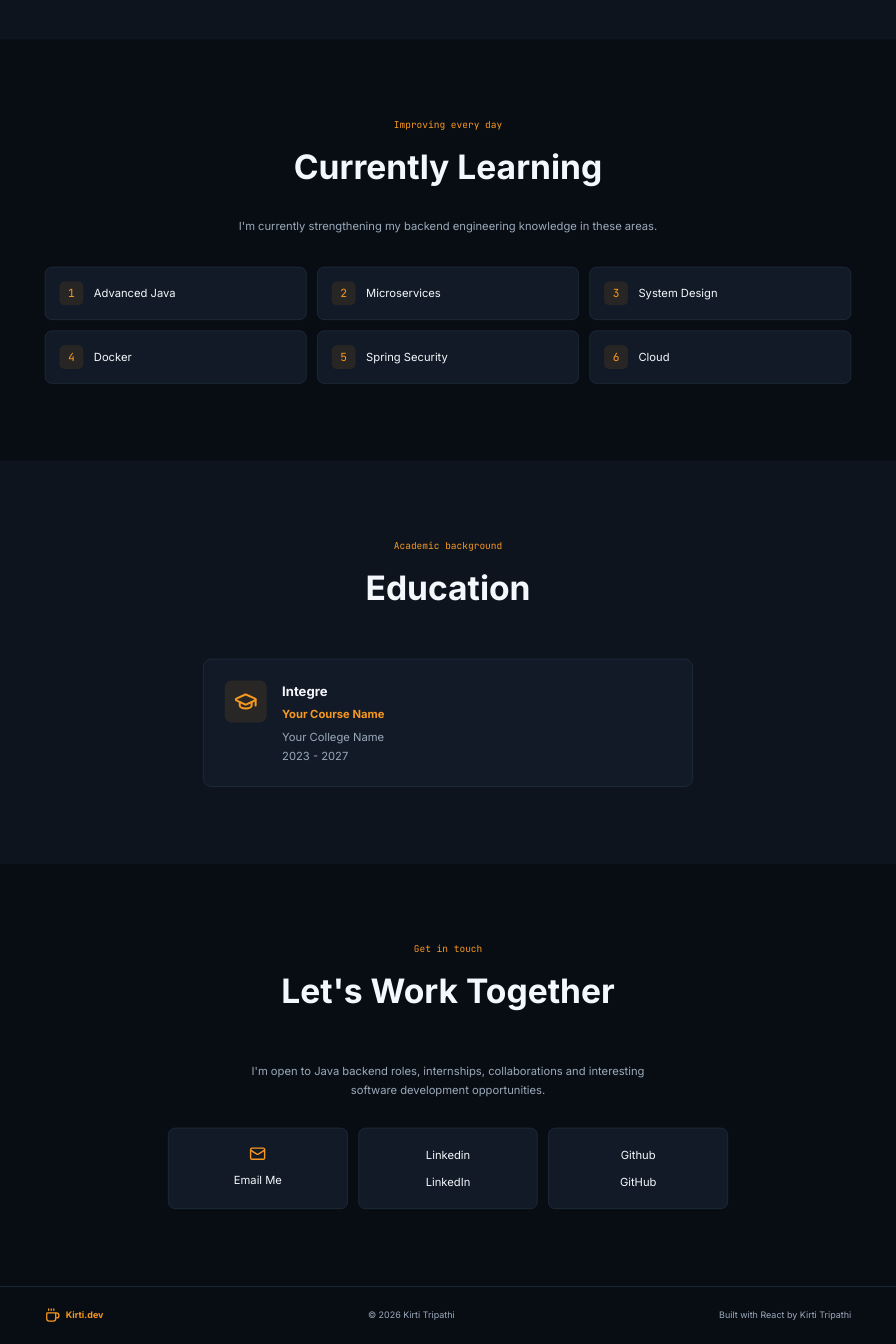
Repository: Rashi-Kirti06/En-Hi-Portfolio
Page: /
An editor plug-in stored every save of this project. The page is shown before and after the next save, followed by the edit.
The browser window is 1280 px wide. The pictures show the part of the page from y = 3073 to 4993 px (the page is 4993 px tall), at 70% of full size.
The project was rebuilt for these pictures with package versions that can differ from the ones it lists, and the page was loaded fresh each time. Also part of the build but not shown: vite.config.js.

Above is the page before, as saved 2026-09-06 16:28:17.

### index.html
<!doctype html>

<html lang="en">

<head>

  <meta charset="UTF-8" />

  <meta
    name="viewport"
    content="width=device-width, initial-scale=1.0"
  />

  <meta
    name="description"
    content="Kirti Tripathi - Java and Spring Boot Backend Developer portfolio."
  />

  <meta
    name="keywords"
    content="Java Developer, Spring Boot Developer, Backend Developer, Java Portfolio"
  />

  <meta name="author" content="Kirti Tripathi" />

  <title>
    Kirti Tripathi | Java Backend Developer
  </title>

</head>

<body>

  <div id="root"></div>

  <script
    type="module"
    src="/src/main.jsx"
  ></script>

</body>

</html>

### src/App.jsx
import { useState } from "react";

import Navbar from "./components/Navbar";
import Hero from "./components/Hero";
import About from "./components/About";
import Skills from "./components/Skills";
import Projects from "./components/Projects";
import Learning from "./components/Learning";
import Education from "./components/Education";
import Contact from "./components/Contact";
import Footer from "./components/Footer";

function App() {
  const [language, setLanguage] = useState("en");

  return (
    <>
      <Navbar language={language} setLanguage={setLanguage} />

      <main>
        <Hero language={language} />
        <About language={language} />
        <Skills language={language} />
        <Projects language={language} />
        <Learning language={language} />
        <Education language={language} />
        <Contact language={language} />
      </main>

      <Footer language={language} />
    </>
  );
}

export default App;

### src/components/Navbar.jsx
import { useState } from "react";
import { Menu, X, Coffee } from "lucide-react";
import { translations } from "../data/translations";

function Navbar({ language, setLanguage }) {
  const [menuOpen, setMenuOpen] = useState(false);

  const t = translations[language].navbar;

  const links = [
    ["home", t.home],
    ["about", t.about],
    ["skills", t.skills],
    ["projects", t.projects],
    ["education", t.education],
    ["contact", t.contact],
  ];

  const closeMenu = () => setMenuOpen(false);

  return (
    <header className="navbar">
      <div className="container nav-container">

        <a href="#home" className="logo" onClick={closeMenu}>
          <Coffee size={28} />
          <span>Kirti.dev</span>
        </a>

        <nav className={menuOpen ? "nav-links active" : "nav-links"}>
          {links.map(([id, label]) => (
            <a
              key={id}
              href={`#${id}`}
              onClick={closeMenu}
            >
              {label}
            </a>
          ))}

          <div className="language-mobile">
            <button
              className={language === "en" ? "lang-active" : ""}
              onClick={() => setLanguage("en")}
            >
              EN
            </button>

            <span>/</span>

            <button
              className={language === "hi" ? "lang-active" : ""}
              onClick={() => setLanguage("hi")}
            >
              हिंदी
            </button>
          </div>
        </nav>

        <div className="nav-actions">
          <div className="language-switcher">
            <button
              className={language === "en" ? "lang-active" : ""}
              onClick={() => setLanguage("en")}
            >
              EN
            </button>

            <span>/</span>

            <button
              className={language === "hi" ? "lang-active" : ""}
              onClick={() => setLanguage("hi")}
            >
              हिंदी
            </button>
          </div>

          <button
            className="mobile-menu"
            onClick={() => setMenuOpen(!menuOpen)}
            aria-label="Toggle navigation"
          >
            {menuOpen ? <X /> : <Menu />}
          </button>
        </div>

      </div>
    </header>
  );
}

export default Navbar;

### src/components/About.jsx
import { motion } from "framer-motion";
import { Code2, Database, Server } from "lucide-react";
import SectionTitle from "./SectionTitle";
import { translations } from "../data/translations";

function About({ language }) {
  const t = translations[language].about;

  return (
    <section id="about" className="section alt-section">
      <div className="container">

        <SectionTitle
          subtitle={t.subtitle}
          title={t.title}
        />

        <div className="about-grid">

          <motion.div
            className="about-text"
            initial={{ opacity: 0, y: 30 }}
            whileInView={{ opacity: 1, y: 0 }}
            viewport={{ once: true }}
          >
            <p>{t.text1}</p>
            <p>{t.text2}</p>
            <p>{t.text3}</p>
          </motion.div>

          <div className="about-cards">

            <div className="mini-card">
              <Server />
              <h3>Frontend</h3>
              <p>HTML/CSS, React JS</p>
            </div>

            <div className="mini-card">
              <Code2 />
              <h3>Backend</h3>
              <p>Java & Spring Boot</p>
            </div>

            <div className="mini-card">
              <Database />
              <h3>Database</h3>
              <p>MySQL & MongoDB</p>
            </div>


          </div>

        </div>

      </div>
    </section>
  );
}

export default About;

### src/components/Skills.jsx
import { motion } from "framer-motion";
import SectionTitle from "./SectionTitle";
import { translations } from "../data/translations";

const skillGroups = [
  {
    title: "Backend",
    skills: [
      "Java",
      "Spring Boot",
      "Spring MVC",
      "Spring Data JPA",
      "Hibernate",
      "REST APIs",
    ],
  },
  {
    title: "Database & Messaging",
    skills: [
      "MySQL",
      "SQL",
      "MongoDB",
    ],
  },
  {
    title: "Tools",
    skills: [
      "Git",
      "GitHub",
      "Azure",
      "VS Code",
      "JIRA",
      "AWS",
      "Maven",
      "Postman",
      "IntelliJ IDEA",
    ],
  },
  {
    title: "Core Concepts",
    skills: [
      "Object-Oriented Programming(OOP)",
      "Data Structure and Algorithm(DSA",
      "Software Development LifeCycle(SDLC)",
      "Agile Methodology",
      "Design Patterns",
      "Database Management System",
    ],
  },
];


function Skills({ language }) {
  const t = translations[language].skills;

  return (
    <section id="skills" className="section">
      <div className="container">

        <SectionTitle
          subtitle={t.subtitle}
          title={t.title}
        />

        <div className="skills-grid">

          {skillGroups.map((group, index) => (
            <motion.div
              className="skill-card"
              key={group.title}
              initial={{ opacity: 0, y: 30 }}
              whileInView={{ opacity: 1, y: 0 }}
              viewport={{ once: true }}
              transition={{ delay: index * 0.1 }}
            >
              <h3>{group.title}</h3>

              <div className="skill-tags">
                {group.skills.map((skill) => (
                  <span key={skill}>
                    {skill}
                  </span>
                ))}
              </div>

            </motion.div>
          ))}

        </div>

      </div>
    </section>
  );
}

export default Skills;

### src/components/Projects.jsx
import { motion } from "framer-motion";
import { ArrowUpRight } from "lucide-react";

import SectionTitle from "./SectionTitle";
import { translations } from "../data/translations";

const projects = [
  {
    title: "Ticket Booking System",

    descriptionEn:
      "Backend ticket booking application built using Spring Boot with MySQL persistence, Redis caching and Kafka-based event communication.",

    descriptionHi:
      "Spring Boot से बनाया गया backend ticket booking application जिसमें MySQL persistence, Redis caching और Kafka event communication का उपयोग किया गया है।",

    technologies: [
      "Java",
      "Spring Boot",
      "MySQL",
      "Redis",
      "Kafka",
      "REST API",
    ],

    github:
      "https://github.com/YOUR_USERNAME/ticket-booking-system",

    live: "#",
  },

  {
    title: "Employee Management API",

    descriptionEn:
      "RESTful employee management backend with CRUD operations, validation, exception handling and MySQL database integration.",

    descriptionHi:
      "CRUD operations, validation, exception handling और MySQL integration के साथ बनाया गया RESTful employee management backend।",

    technologies: [
      "Java",
      "Spring Boot",
      "JPA",
      "Hibernate",
      "MySQL",
    ],

    github:
      "https://github.com/YOUR_USERNAME/employee-management",

    live: "#",
  },

  {
    title: "E-Commerce Backend",

    descriptionEn:
      "Backend API architecture for products, users, orders and authentication designed using Spring Boot.",

    descriptionHi:
      "Spring Boot का उपयोग करके products, users, orders और authentication के लिए बनाया गया backend architecture।",

    technologies: [
      "Java",
      "Spring Boot",
      "REST API",
      "MySQL",
      "JWT",
    ],

    github: "#",
    live: "#",
  },
];

function Projects({ language }) {
  const t = translations[language].projects;

  return (
    <section
      id="projects"
      className="section alt-section"
    >
      <div className="container">

        <SectionTitle
          subtitle={t.subtitle}
          title={t.title}
        />

        <div className="projects-grid">

          {projects.map((project, index) => (

            <motion.article
              className="project-card"
              key={project.title}
              initial={{ opacity: 0, y: 40 }}
              whileInView={{
                opacity: 1,
                y: 0,
              }}
              viewport={{ once: true }}
              transition={{
                delay: index * 0.12,
              }}
            >

              <div className="project-number">
                0{index + 1}
              </div>

              <h3>{project.title}</h3>

              <p>
                {language === "en"
                  ? project.descriptionEn
                  : project.descriptionHi}
              </p>

              <div className="project-tech">
                {project.technologies.map(
                  (technology) => (
                    <span key={technology}>
                      {technology}
                    </span>
                  )
                )}
              </div>

              <div className="project-actions">

                {/* <a
                  href={project.github}
                  target="_blank"
                  rel="noreferrer"
                >
                  <Github size={18} />
                  {t.code}
                </a> */}

                <a
                  href={project.live}
                  target="_blank"
                  rel="noreferrer"
                >
                  <ArrowUpRight size={18} />
                  {t.details}
                </a>

              </div>

            </motion.article>

          ))}

        </div>

      </div>
    </section>
  );
}

export default Projects;

### src/components/Learning.jsx
import { motion } from "framer-motion";
import SectionTitle from "./SectionTitle";
import { translations } from "../data/translations";

const technologies = [
  "Advanced Java",
  "Microservices",
  "System Design",
  "Docker",
  "Spring Security",
  "Cloud",
];

function Learning({ language }) {
  const t = translations[language].learning;

  return (
    <section className="section">
      <div className="container">

        <SectionTitle
          subtitle={t.subtitle}
          title={t.title}
        />

        <p className="learning-description">
          {t.description}
        </p>

        <div className="learning-grid">

          {technologies.map((technology, index) => (

            <motion.div
              className="learning-card"
              key={technology}
              initial={{
                opacity: 0,
                scale: 0.9,
              }}
              whileInView={{
                opacity: 1,
                scale: 1,
              }}
              viewport={{ once: true }}
              transition={{
                delay: index * 0.08,
              }}
            >
              <span>{index + 1}</span>
              {technology}
            </motion.div>

          ))}

        </div>

      </div>
    </section>
  );
}

export default Learning;

### src/components/Education.jsx
import { GraduationCap } from "lucide-react";
import SectionTitle from "./SectionTitle";
import { translations } from "../data/translations";

function Education({ language }) {
  const t = translations[language].education;

  return (
    <section
      id="education"
      className="section alt-section"
    >
      <div className="container">

        <SectionTitle
          subtitle={t.subtitle}
          title={t.title}
        />

        <div className="education-card">

          <div className="education-icon">
            <GraduationCap size={34} />
          </div>

          <div>
            <h3>{t.degree}</h3>

            <h4>{t.course}</h4>

            <p>{t.college}</p>

            <span>{t.year}</span>
          </div>

        </div>

      </div>
    </section>
  );
}

export default Education;

### src/components/Contact.jsx
import {
  Mail,
} from "lucide-react";

import SectionTitle from "./SectionTitle";
import { translations } from "../data/translations";

function Contact({ language }) {
  const t = translations[language].contact;

  return (
    <section id="contact" className="section">
      <div className="container">

        <SectionTitle
          subtitle={t.subtitle}
          title={t.title}
        />

        <div className="contact-box">

          <p>{t.description}</p>

          <div className="contact-links">

            <a
              href="mailto:your-email@example.com"
              className="contact-card"
            >
              <Mail />
              <span>{t.email}</span>
            </a>

            <a
              href="https://linkedin.com/in/YOUR_USERNAME"
              target="_blank"
              rel="noreferrer"
              className="contact-card"
            >
              Linkedin
              <span>{t.linkedin}</span>
            </a>

            <a
              href="https://github.com/YOUR_USERNAME"
              target="_blank"
              rel="noreferrer"
              className="contact-card"
            >
              Github
              <span>{t.github}</span>
            </a>

          </div>

        </div>

      </div>
    </section>
  );
}

export default Contact;

### src/components/Footer.jsx
import { Coffee } from "lucide-react";
import { translations } from "../data/translations";

function Footer({ language }) {
  const t = translations[language].footer;

  return (
    <footer className="footer">
      <div className="container footer-content">

        <div className="footer-logo">
          <Coffee size={22} />
          Kirti.dev
        </div>

        <p>
          © {new Date().getFullYear()} Kirti Tripathi
        </p>

        <p>{t.text}</p>

      </div>
    </footer>
  );
}

export default Footer;

### src/data/translations.jsx
export const translations = {
  en: {
    navbar: {
      home: "Home",
      about: "About",
      skills: "Skills",
      projects: "Projects",
      education: "Education",
      contact: "Contact",
    },

    hero: {
      greeting: "Hi, I'm",
      name: "Kirti Tripathi",
      role: "Software Engineer & Developer",
      description: "I build scalable and user-friendly web applications using React.js, HTML, CSS, JavaScript, Java, Spring Boot, MySQL, and MongoDB, following modern software engineering practices.",
      projectsButton: "View Projects",
      resumeButton: "Download Resume",
    //   available: "Open to Java Backend Opportunities",
    },

    about: {
      title: "About Me",
      subtitle: "Get to know me",
      text1:
      "I'm a Software Engineering student and Full-Stack Web Developer focused on building practical, scalable, and user-friendly applications using React.js, Java, Spring Boot, MySQL, and MongoDB.",
      text2:
        "I enjoy developing responsive web interfaces, designing REST APIs, working with databases, and understanding how reliable software systems are built.",
      text3:
        "I'm also exploring Machine Learning and AI, while continuously strengthening my skills in Java, DSA, Software Engineering, Web Development, and System Design through practical projects.",
    },

    skills: {
      title: "Technical Skills",
      subtitle: "Technologies I work with",
    },

    projects: {
      title: "Featured Projects",
      subtitle: "Some applications created by me",
      code: "Source Code",
      details: "View Details",
    },

    learning: {
      title: "Currently Learning",
      subtitle: "Improving every day",
      description:
        "I'm currently strengthening my backend engineering knowledge in these areas.",
    },

    education: {
      title: "Education",
      subtitle: "Academic background",
      degree: "Integre",
      college: "Your College Name",
      course: "Your Course Name",
      year: "2023 - 2027",
    },

    contact: {
      title: "Let's Work Together",
      subtitle: "Get in touch",
      description:
        "I'm open to Java backend roles, internships, collaborations and interesting software development opportunities.",
      email: "Email Me",
      linkedin: "LinkedIn",
      github: "GitHub",
    },

    footer: {
      text: "Built with React by Kirti Tripathi",
    },
  },

  hi: {
    navbar: {
      home: "होम",
      about: "मेरे बारे में",
      skills: "स्किल्स",
      projects: "प्रोजेक्ट्स",
      education: "शिक्षा",
      contact: "संपर्क",
    },

    hero: {
      greeting: "नमस्ते, मैं",
      name: "कीर्ति त्रिपाठी",
      role: "Software Engineer & Developer",
      description:
        "मैं React.js, HTML, CSS, JavaScript, Java, Spring Boot, MySQL और MongoDB का उपयोग करके Scalable और user-friendly Web Applications बनाती हूँ, और आधुनिक Software Engineering practices को अपनाती हूँ।",
      projectsButton: "मेरे प्रोजेक्ट्स देखें",
      resumeButton: "Resume डाउनलोड करें",
    //   available: "Java Backend Opportunities के लिए उपलब्ध",
    },

    about: {
      title: "मेरे बारे में",
      subtitle: "मुझे जानिए",
      text1:
        "मैं एक Software Engineering की छात्रा और Full-Stack Web Developer हूँ, जो React.js, Java, Spring Boot, MySQL और MongoDB का उपयोग करके practical, scalable और user-friendly applications बनाने पर ध्यान देती हूँ।",
      text2:
        "मुझे responsive web interfaces develop करना, REST APIs design करना, databases के साथ काम करना और reliable software systems को समझना पसंद है।",
      text3:
        "मैं Machine Learning और AI भी explore कर रही हूँ और practical projects के माध्यम से Java, DSA, Software Engineering, Web Development और System Design में लगातार अपनी skills को मजबूत कर रही हूँ।",
    },

    skills: {
      title: "तकनीकी कौशल",
      subtitle: "Technologies जिनके साथ मैं काम करता हूँ",
    },

    projects: {
      title: "मुख्य प्रोजेक्ट्स",
      subtitle: "मेरे द्वारा बनाए गए कुछ applications",
      code: "Source Code",
      details: "पूरी जानकारी",
    },

    learning: {
      title: "अभी क्या सीख रहा हूँ",
      subtitle: "लगातार अपनी skills बेहतर कर रहा हूँ",
      description:
        "वर्तमान में मैं backend engineering के इन क्षेत्रों में अपनी knowledge मजबूत कर रहा हूँ।",
    },

    education: {
      title: "शिक्षा",
      subtitle: "मेरी academic background",
      degree: "स्नातक डिग्री",
      college: "आपके कॉलेज का नाम",
      course: "आपके कोर्स का नाम",
      year: "2023 - 2027",
    },

    contact: {
      title: "आइए साथ काम करें",
      subtitle: "मुझसे संपर्क करें",
      description:
        "मैं Java backend jobs, internships, collaborations और software development opportunities के लिए उपलब्ध हूँ।",
      email: "ईमेल करें",
      linkedin: "LinkedIn",
      github: "GitHub",
    },

    footer: {
      text: "React के साथ Kirti Tripathi द्वारा बनाया गया",
    },
  },
};

### src/components/SectionTitle.jsx
function SectionTitle({ subtitle, title }) {
  return (
    <div className="section-heading">
      <p>{subtitle}</p>
      <h2>{title}</h2>
    </div>
  );
}

export default SectionTitle;

Loaded but not shown: src/main.jsx (common file); src/index.css (1274 lines, source omitted); src/components/Hero.jsx (169 lines, source omitted)

After the next save:
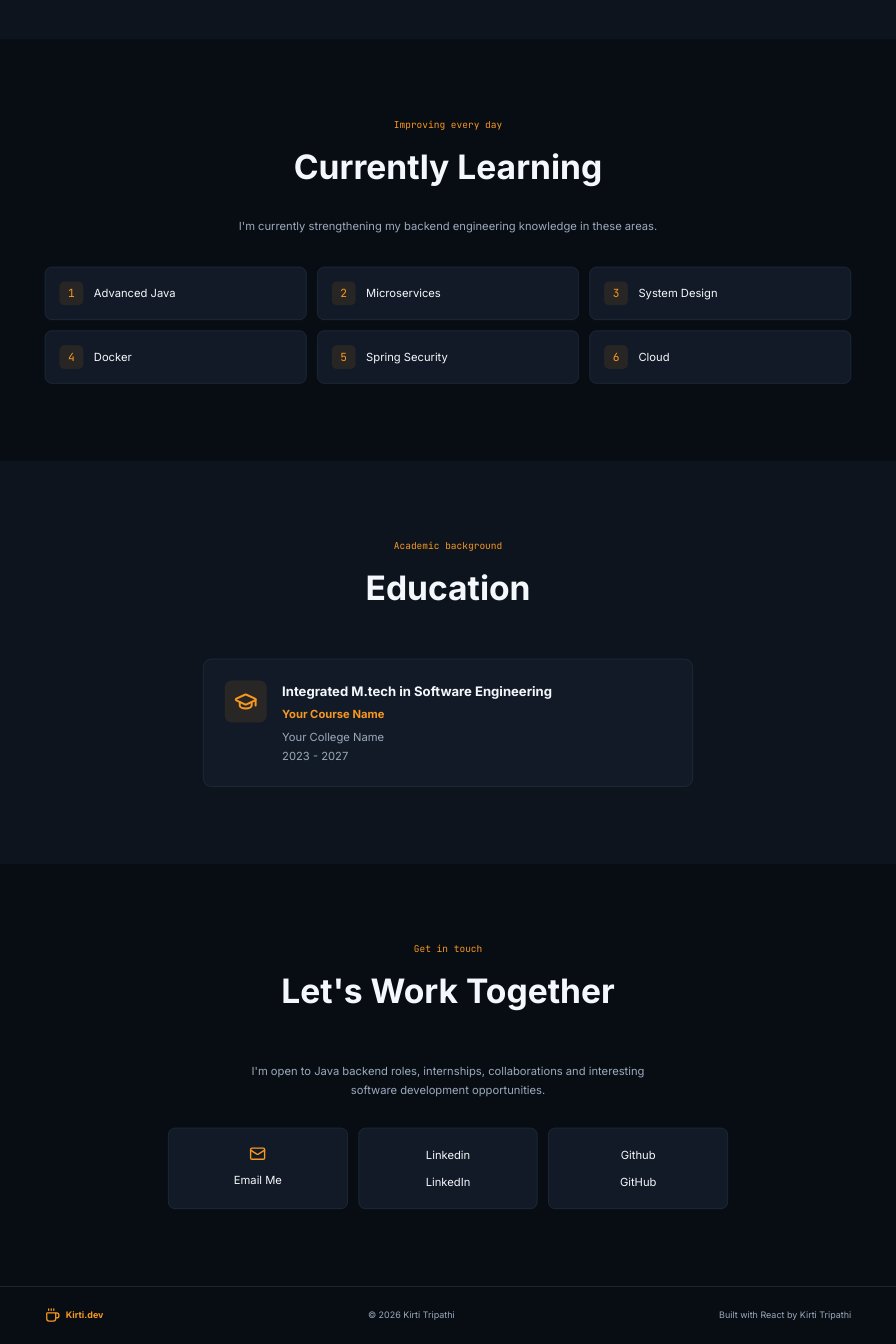
Saved 15 s later.
--- a/src/data/translations.jsx
+++ b/src/data/translations.jsx
@@ -52,7 +52,7 @@ export const translations = {
     education: {
       title: "Education",
       subtitle: "Academic background",
-      degree: "Integre",
+      degree: "Integrated M.tech in Software Engineering",
       college: "Your College Name",
       course: "Your Course Name",
       year: "2023 - 2027",
